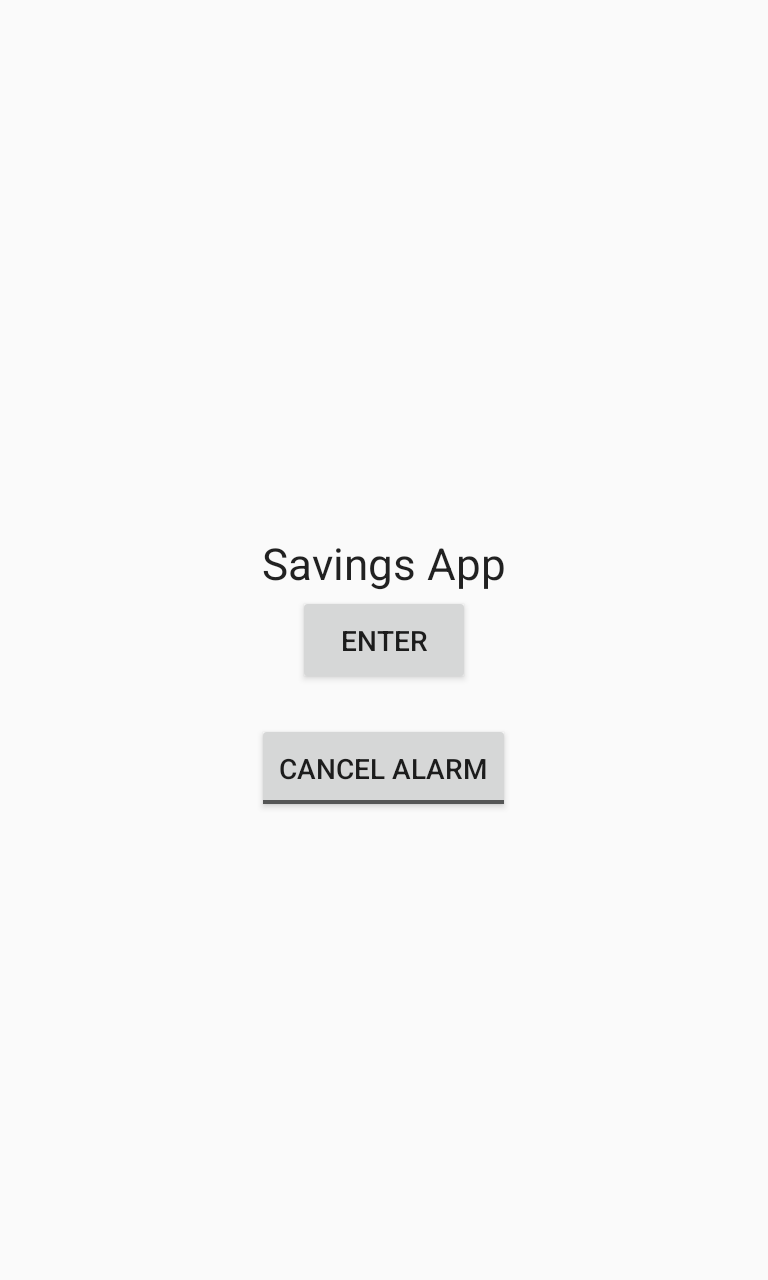
Repository: japheth-starita/SavingsApp
Layout: SavingsApp/res/layout/activity_main.xml
These files come from the project's save history. The layout is drawn as it stood at one moment and after the next save; the edit follows.
It is drawn on a 768 x 1280 px phone screen (xhdpi) without system bars, with theme AppTheme; the app's code is not run.

Above is the layout before, as saved 2016-02-27 09:20:01.

### SavingsApp/res/layout/activity_main.xml
<RelativeLayout xmlns:android="http://schemas.android.com/apk/res/android"
    xmlns:tools="http://schemas.android.com/tools"
    android:layout_width="match_parent"
    android:layout_height="match_parent"
    android:paddingBottom="@dimen/activity_vertical_margin"
    android:paddingLeft="@dimen/activity_horizontal_margin"
    android:paddingRight="@dimen/activity_horizontal_margin"
    android:paddingTop="@dimen/activity_vertical_margin"
    tools:context="com.cobaltsteel.savingsapp.MainActivity" >

    <TextView
        android:id="@+id/textView1"
        android:layout_width="wrap_content"
        android:layout_height="wrap_content"
        android:layout_above="@+id/btnStart"
        android:layout_centerHorizontal="true"
        android:text="Savings App"
        android:textAppearance="?android:attr/textAppearanceLarge" />

    <Button
        android:id="@+id/btnStart"
        android:layout_width="wrap_content"
        android:layout_height="wrap_content"
        android:layout_centerHorizontal="true"
        android:layout_centerVertical="true"
        android:onClick="startApp"
        android:text="Enter" />

    <ToggleButton
        android:id="@+id/toggleButton1"
        android:layout_width="wrap_content"
        android:layout_height="wrap_content"
        android:layout_below="@+id/btnStart"
        android:layout_centerHorizontal="true"
        android:layout_marginTop="16dp"
        android:textOn="Alarm is On"
        android:textOff="Cancel Alarm" />

</RelativeLayout>

Loaded but not shown: SavingsApp/res/values/styles.xml (common file); SavingsApp/res/values-v11/styles.xml (common file); SavingsApp/res/values-v14/styles.xml (common file); SavingsApp/res/values/dimens.xml (common file); SavingsApp/res/values-w820dp/dimens.xml (common file)

After the next save:
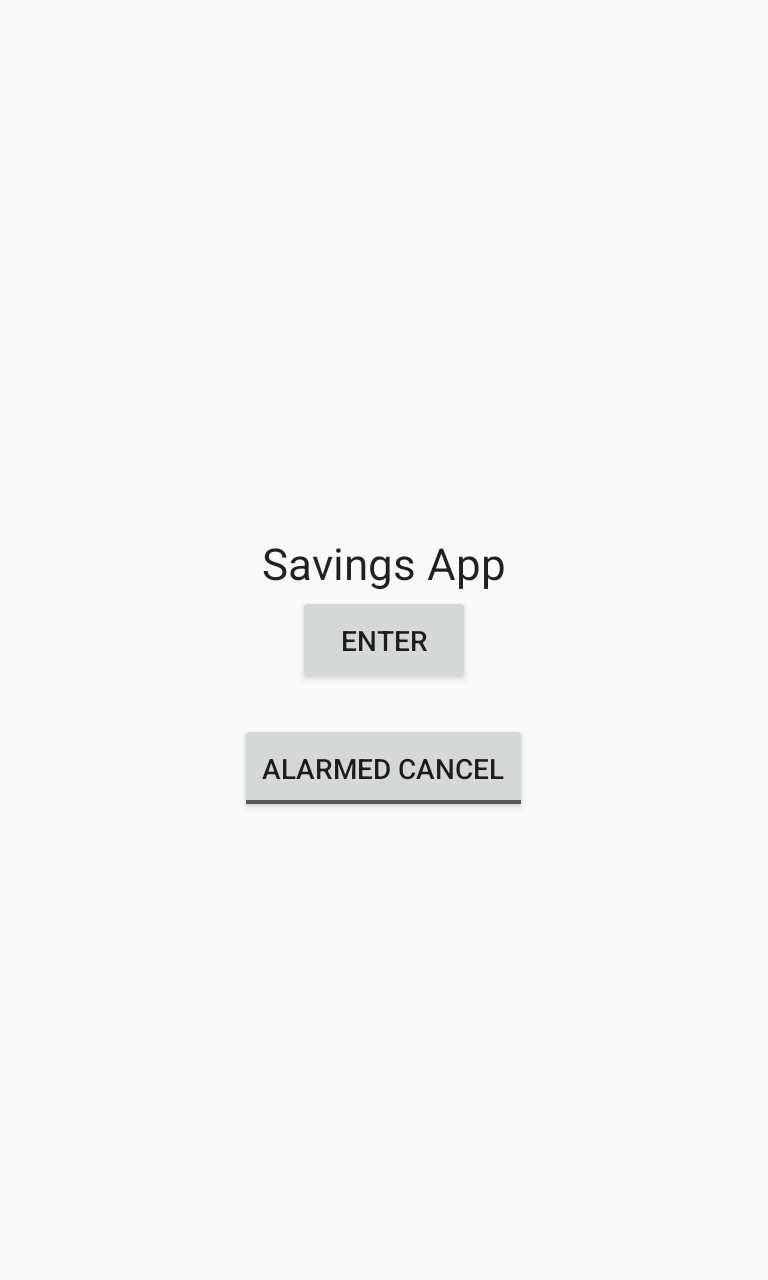
Saved 7 s later.
--- a/SavingsApp/res/layout/activity_main.xml
+++ b/SavingsApp/res/layout/activity_main.xml
@@ -34,6 +34,6 @@
         android:layout_centerHorizontal="true"
         android:layout_marginTop="16dp"
         android:textOn="Alarm is On"
-        android:textOff="Cancel Alarm" />
+        android:textOff="Alarmed Cancel" />
 
 </RelativeLayout>
